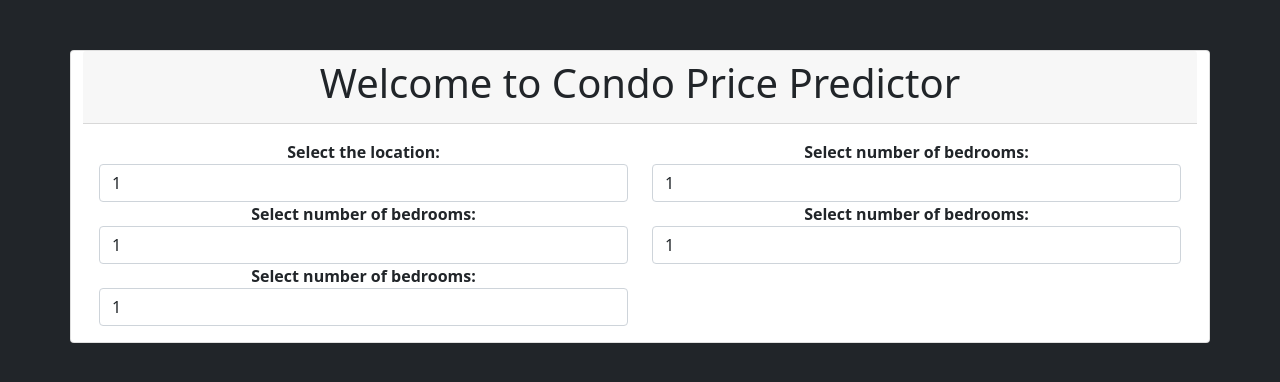
Repository: myothida/condoprice_CNX
Page: http://localhost/
These files come from the project's save history. The page is drawn as it stood at one moment and after the next save; the edit follows.
The browser window is 1280 px wide. The pictures show the whole page.
The page is served by the project's application, run on Flask 3 (main.py).

Above is the page before, as saved 2023-09-26 21:51:46.

### templates/index.html
<!DOCTYPE html>
<html lang="en">
  <head>
    <!-- Required meta tags -->
    <meta charset="utf-8" />
    <meta name="viewport" content="width=device-width, initial-scale=1" />

    <!-- Bootstrap CSS -->
    <link
      href="https://cdn.jsdelivr.net/npm/bootstrap@5.0.2/dist/css/bootstrap.min.css"
      rel="stylesheet"
      integrity="sha384-EVSTQN3/azprG1Anm3QDgpJLIm9Nao0Yz1ztcQTwFspd3yD65VohhpuuCOmLASjC"
      crossorigin="anonymous"
    />

    <title>Condo Price Predictor</title>
  </head>
  <body class="bg-dark">
    <div class="container">
      <div class="row">
        <div class="card" style="width: 100%; height: 100%; margin-top: 50px">
          <div class="card-header" style="text-align: center">
            <h1>Welcome to Condo Price Predictor</h1>
          </div>
          <div class="card-body">
            <form method="post" accept-charset="utf-8">
              <div class="row">
                <div class="col-md-6 form-group" style="text-align: center">
                  <label><b> Select the location: </b> </label>
                  <select
                    class="selectpicker form-control"
                    id="location"
                    name="location"
                    require="1"
                  >
                    <option>1</option>
                    <option>2</option>
                    <option>3</option>
                    <option>4</option>
                  </select>
                </div>

                <div class="col-md-6 form-group" style="text-align: center">
                  <label><b> Select number of bedrooms: </b> </label>
                  <select
                    class="selectpicker form-control"
                    id="bedrooms"
                    name="bedrooms"
                    require="1"
                  >
                    <option>1</option>
                    <option>2</option>
                    <option>3</option>
                    <option>4</option>
                  </select>
                </div>
                <div class="col-md-6 form-group" style="text-align: center">
                  <label><b> Select number of bedrooms: </b> </label>
                  <select
                    class="selectpicker form-control"
                    id="bedrooms"
                    name="bedrooms"
                    require="1"
                  >
                    <option>1</option>
                    <option>2</option>
                    <option>3</option>
                    <option>4</option>
                  </select>
                </div>
                <div class="col-md-6 form-group" style="text-align: center">
                  <label><b> Select number of bedrooms: </b> </label>
                  <select
                    class="selectpicker form-control"
                    id="bedrooms"
                    name="bedrooms"
                    require="1"
                  >
                    <option>1</option>
                    <option>2</option>
                    <option>3</option>
                    <option>4</option>
                  </select>
                </div>
                <div class="col-md-6 form-group" style="text-align: center">
                  <label><b> Select number of bedrooms: </b> </label>
                  <select
                    class="selectpicker form-control"
                    id="bedrooms"
                    name="bedrooms"
                    require="1"
                  >
                    <option>1</option>
                    <option>2</option>
                    <option>3</option>
                    <option>4</option>
                  </select>
                </div>
              </div>
            </form>
          </div>
        </div>
      </div>
    </div>
  </body>
</html>

<!-- Option 2: Separate Popper and Bootstrap JS -->

<script
  src="https://cdn.jsdelivr.net/npm/@popperjs/core@2.9.2/dist/umd/popper.min.js"
  integrity="sha384-IQsoLXl5PILFhosVNubq5LC7Qb9DXgDA9i+tQ8Zj3iwWAwPtgFTxbJ8NT4GN1R8p"
  crossorigin="anonymous"
></script>
<script
  src="https://cdn.jsdelivr.net/npm/bootstrap@5.0.2/dist/js/bootstrap.min.js"
  integrity="sha384-cVKIPhGWiC2Al4u+LWgxfKTRIcfu0JTxR+EQDz/bgldoEyl4H0zUF0QKbrJ0EcQF"
  crossorigin="anonymous"
></script>

### main.py
from flask import Flask, render_template, request

app = Flask(__name__)


@app.route('/')
def index():
    return render_template('index.html')


if __name__ == "__main__":
    app.run(debug=True, port=5001)

After the next save:
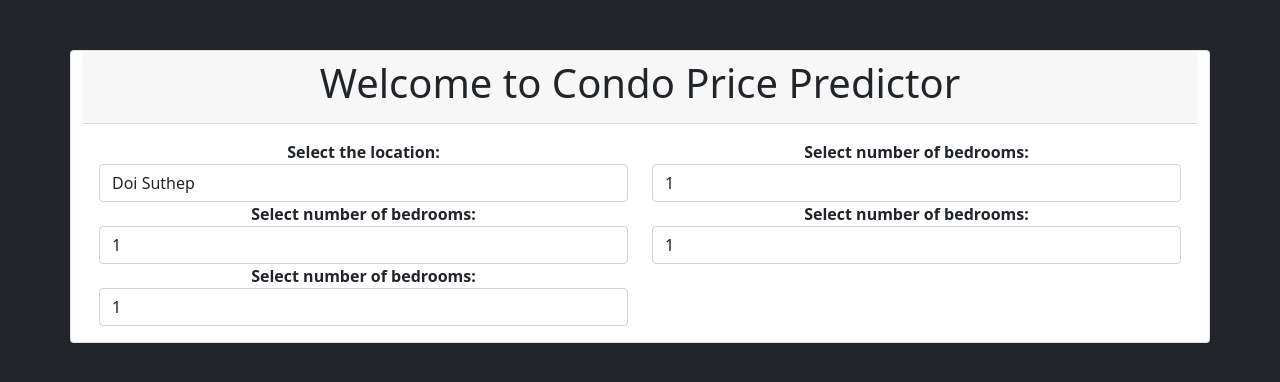
Saved 2 min 5 s later.
--- a/templates/index.html
+++ b/templates/index.html
@@ -33,10 +33,11 @@
                     name="location"
                     require="1"
                   >
-                    <option>1</option>
-                    <option>2</option>
-                    <option>3</option>
-                    <option>4</option>
+                    <option>Doi Suthep</option>
+                    <option>Faham</option>
+                    <option>Muang</option>
+                    <option>Nimman</option>
+                    <option>Chang phueak</option>
                   </select>
                 </div>
 
